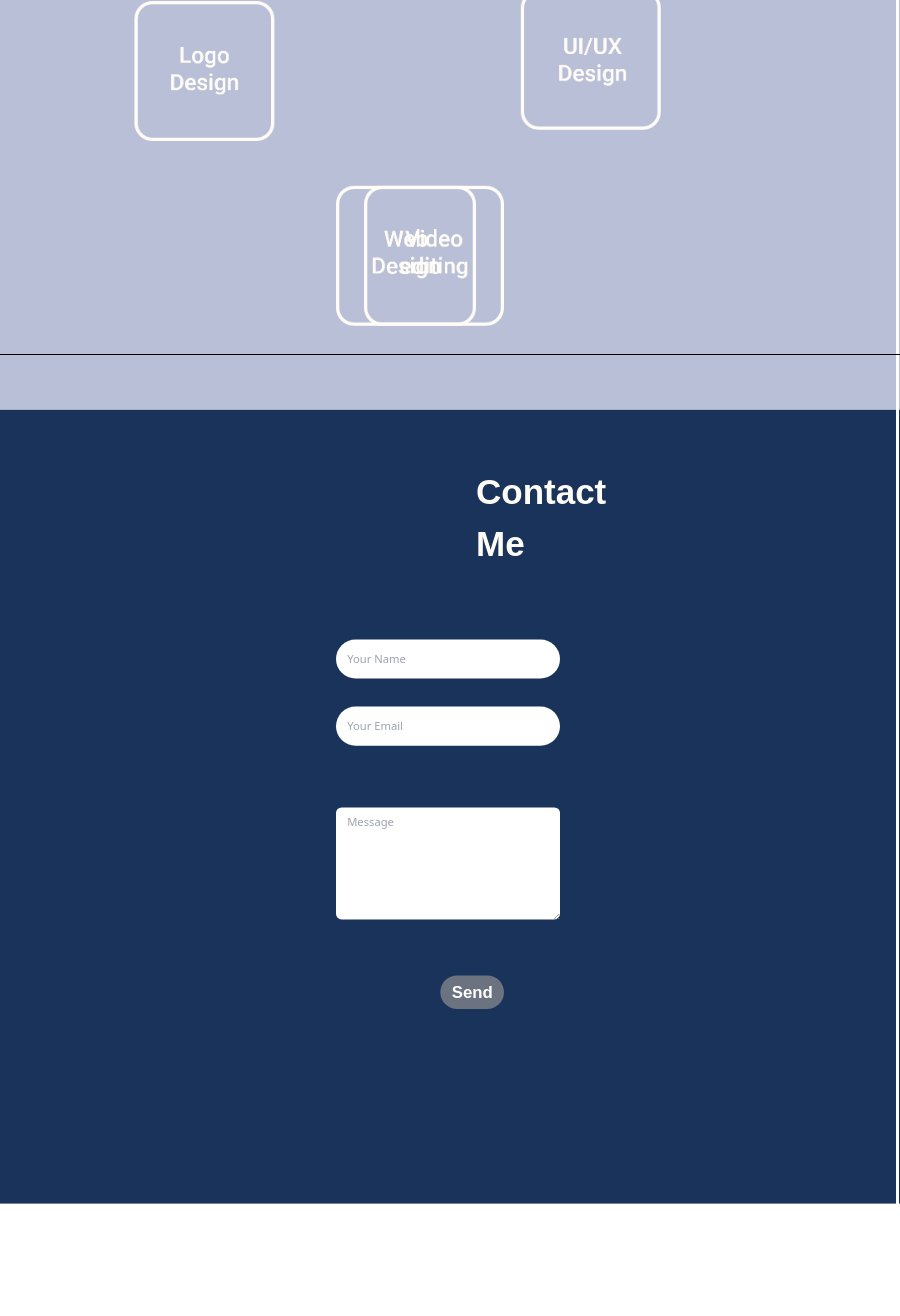
Repository: MEROO1010/my_portfolio
Page: /
These files come from the project's save history. The page is drawn as it stood at one moment and after a run of saves; the edit follows.
The browser window is 1280 px wide. The page is 1285 px wide, so the pictures cover 1285 px, including what lies to the right of the window. The pictures show the part of the page from y = 2398 to 4278 px (the page is 4278 px tall), at 70% of full size.
The project was rebuilt for these pictures with package versions that can differ from the ones it lists, and the page was loaded fresh each time. The framework's server and built-in components were replaced by stand-ins that run in the browser. Also part of the build but not shown: next.config.js.

Above is the page before, as saved 2023-08-17 09:40:42.

After the next 2 saves:
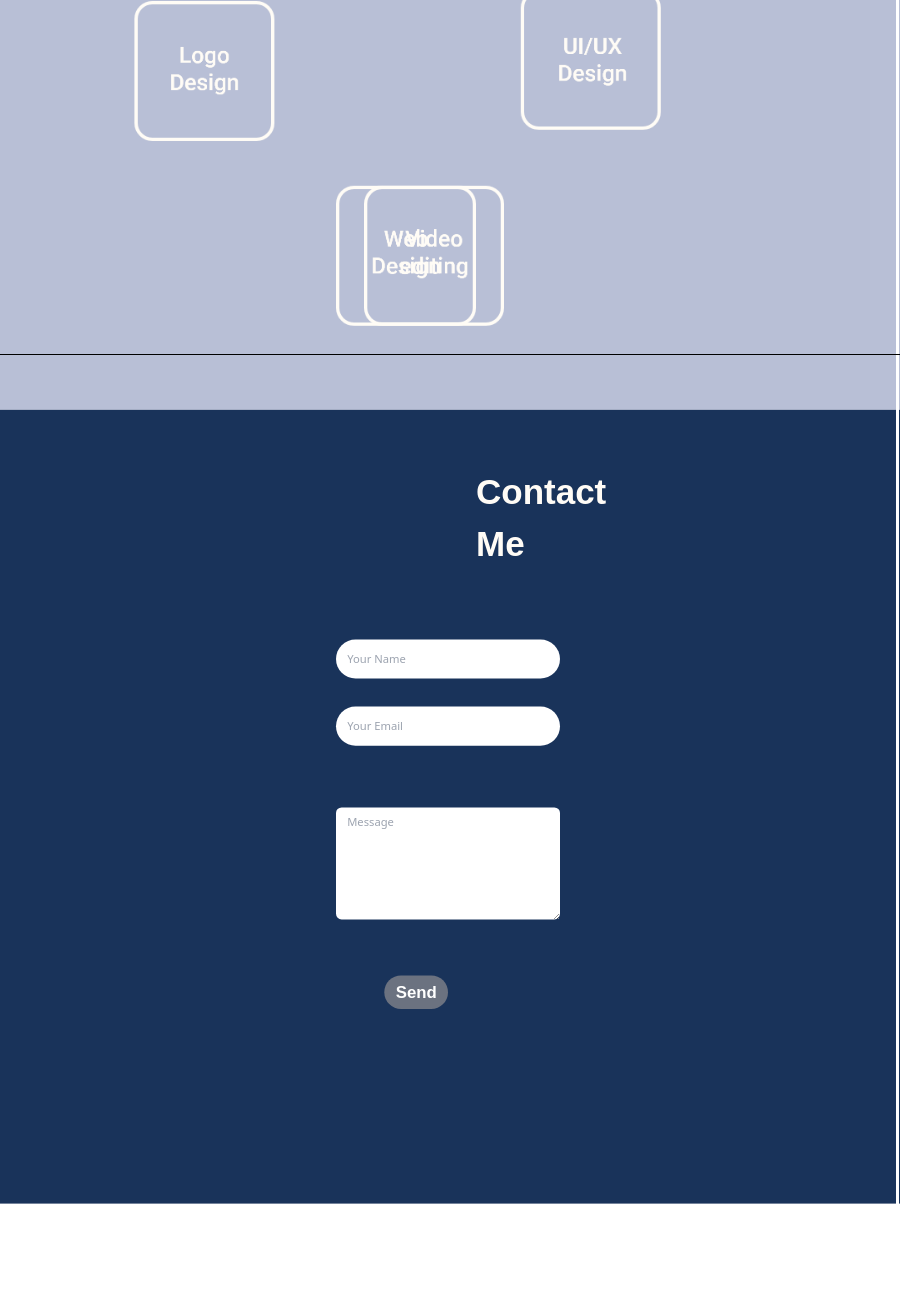
The 2 saves are shown as one change because they came seconds apart.
The last was saved 14 s later.
--- a/pages/components/Form.tsx
+++ b/pages/components/Form.tsx
@@ -6,7 +6,7 @@ const Form = () => {
     <input type="text" placeholder="Your Name" className="px-4 py-2 mx-4 my-2 rounded-full h-14 w-80"/><br/><br/>
     <input type="text" placeholder="Your Email" className="px-4 py-2 mx-4 my-2 rounded-full h-14 w-80"/><br/>
     <textarea placeholder="Message" className="relative px-4 py-2 mx-14 my-20  rounded-lg h-40 w-80"></textarea>
-    <button type="submit" className=" absolute right-60 px-4 py-2 mx-80 my-80 font-raleway text-2xl font-semibold text-white bg-gray-500 rounded-full">Send</button>
+    <button type="submit" className=" absolute right-80 px-4 py-2 mx-80 my-80 font-raleway text-2xl font-semibold text-white bg-gray-500 rounded-full">Send</button>
 </div>
 
   )
